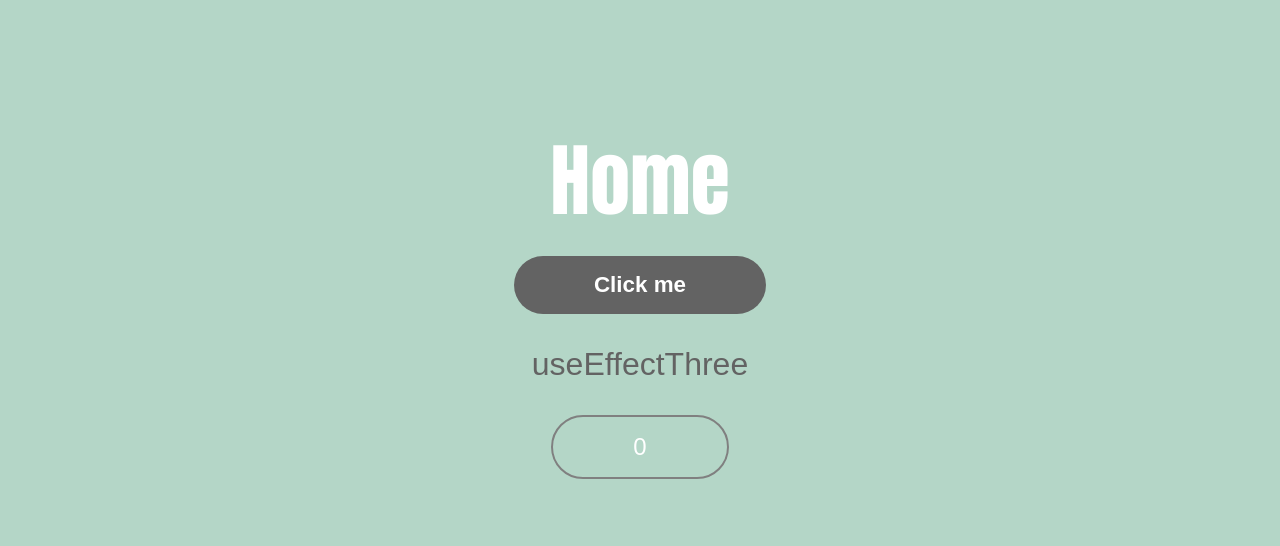
Repository: jennydmcm/useeffect-carousel
Page: /useEffectThree
The author's editor kept a copy of each file at every save. The page is drawn from the files as they stood at one save, then again after the next save.
The browser window is 1280 px wide. The pictures show the whole page.
The project was rebuilt for these pictures with package versions that can differ from the ones it lists, and the page was loaded fresh each time. The framework's server and built-in components were replaced by stand-ins that run in the browser. Also part of the build but not shown: next.config.js.

Above is the page before, as saved 2023-02-23 19:15:54.

After the next save:
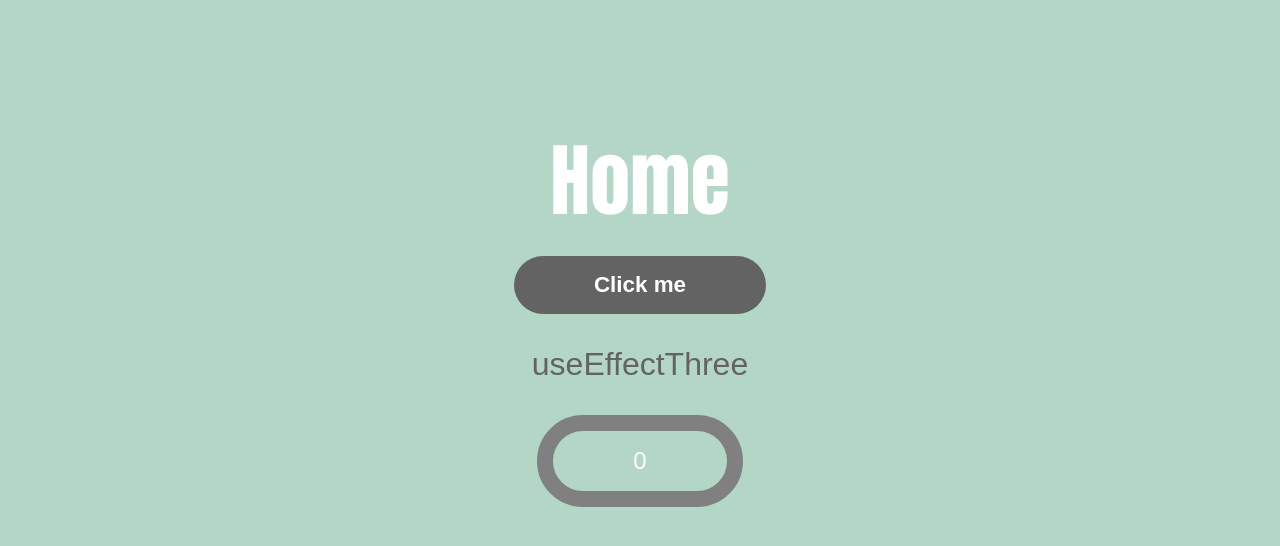
Saved 5 s later.
--- a/styles/UseEffectThree.module.css
+++ b/styles/UseEffectThree.module.css
@@ -52,7 +52,7 @@
     padding-left: 5rem;
     padding-right: 5rem;
     background-color: none;
-    border: 2px solid gray;
+    border: 1rem solid gray;
     border-radius: 5rem;
 
 
